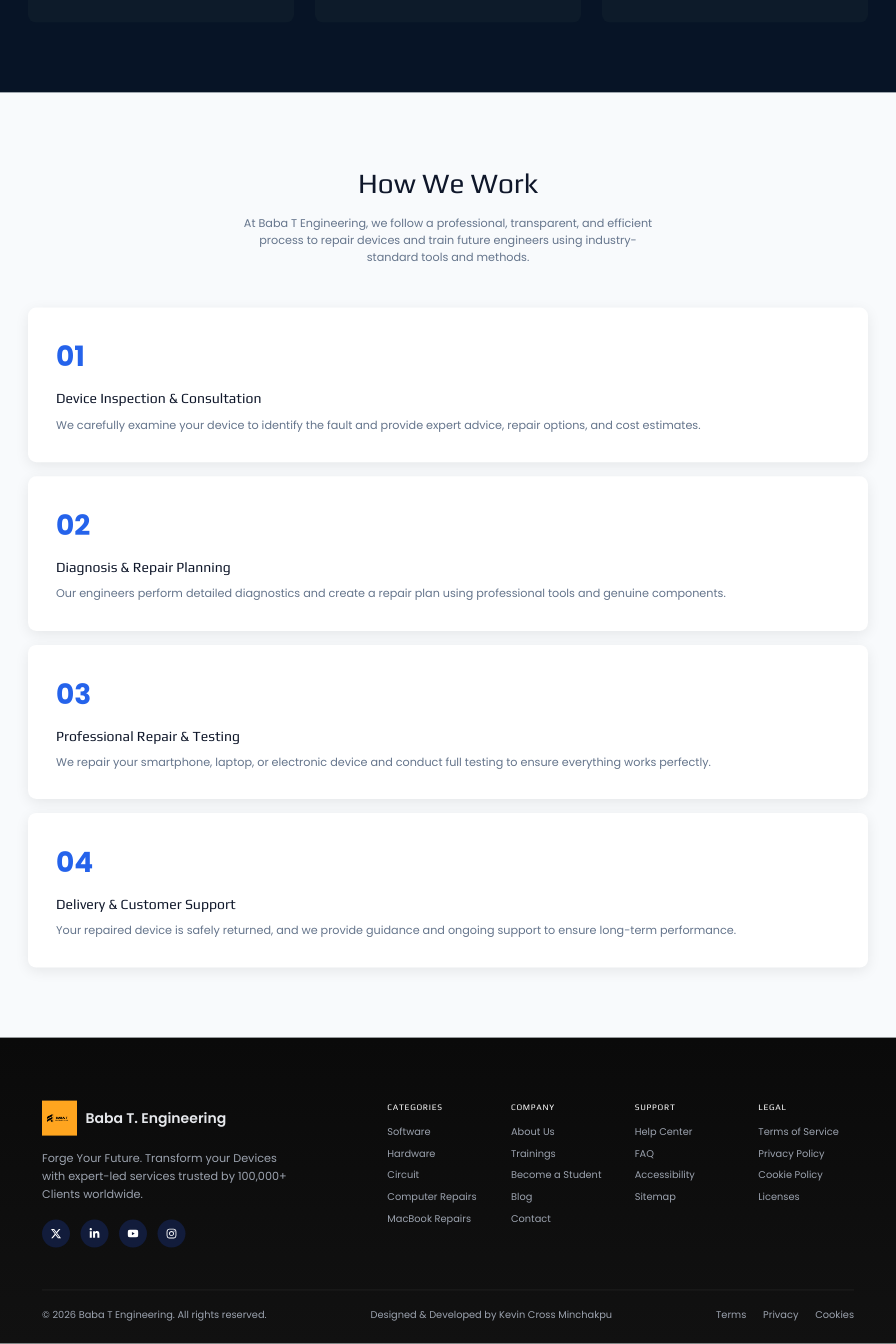
Repository: KC-Minchakpu/babatunde
Page: /services
The author's editor kept a copy of each file at every save. The page is drawn from the files as they stood at one save, then again after the next save.
The browser window is 1280 px wide. The pictures show the part of the page from y = 1165 to 3085 px (the page is 3085 px tall before and 2522 px after), at 70% of full size.
The project was rebuilt for these pictures with package versions that can differ from the ones it lists, and the page was loaded fresh each time. The framework's server and built-in components were replaced by stand-ins that run in the browser. Also part of the build but not shown: next.config.ts.

Above is the page before, as saved 2026-02-21 13:32:30.

After the next save:
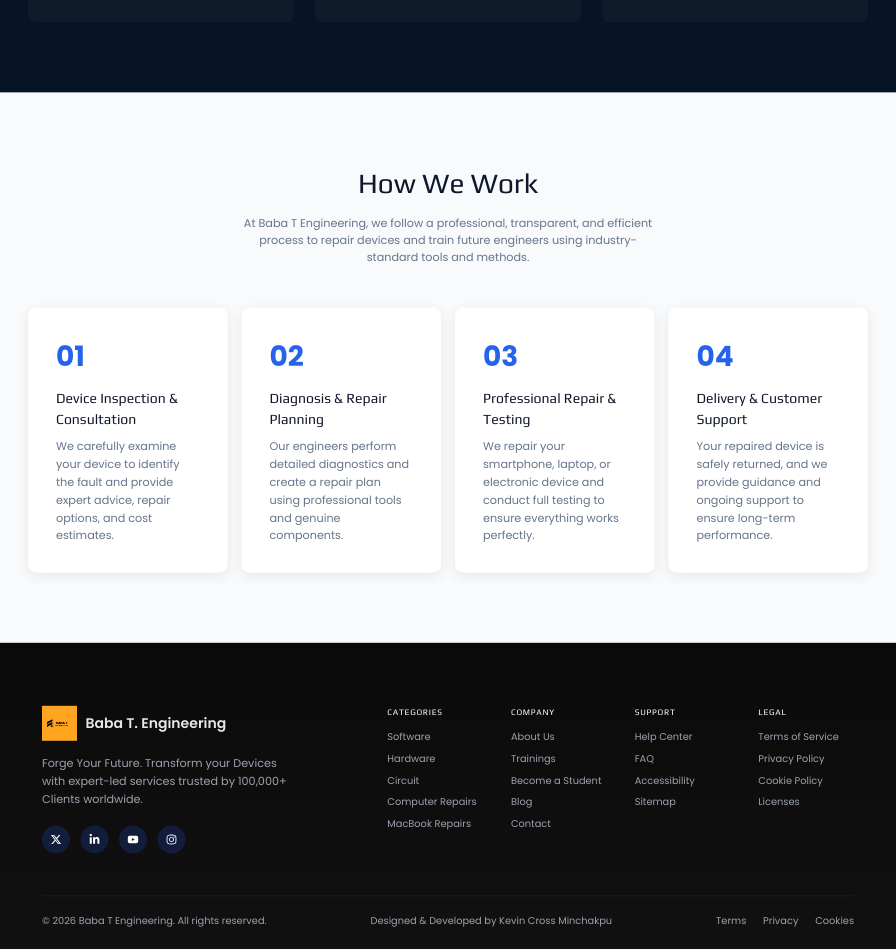
Saved 15 s later.
--- a/src/components/Services/HowWeWork.module.css
+++ b/src/components/Services/HowWeWork.module.css
@@ -35,7 +35,7 @@ margin: auto;
 
 .grid {
 display: grid;
-grid-template-columns: repeat(auto-fit, minmax(280px, fr));
+grid-template-columns: repeat(auto-fit, minmax(280px, 2fr));
 gap: 20px;
 }
 
